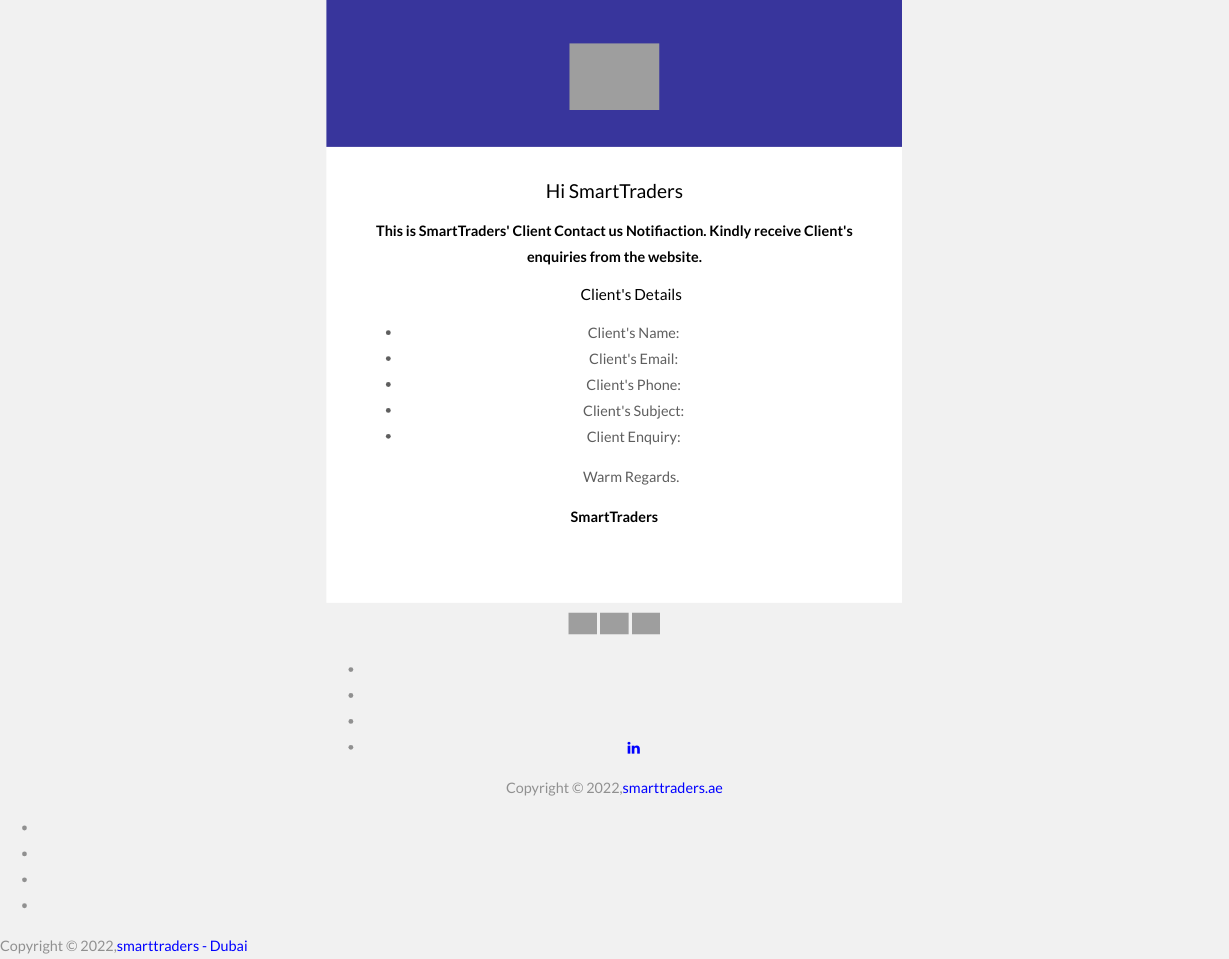
Repository: mussafiri/smarttraders
Page: resources/views/emails/ContactusEmails.blade.php
These files come from the project's save history. The page is drawn as it stood at one moment and after the next save; the edit follows.
The browser window is 1280 px wide. The pictures show the whole page, at 96% of full size.
Pictures or frames that could not be fetched are drawn as grey boxes. The page is served by the project's Laravel application, run on PHP 8.4 with Laravel 9. The template is opened directly, without the code that normally fills it, so the values that code supplies are empty.

Above is the page before, as saved 2022-09-30 09:36:47.

After the next save:
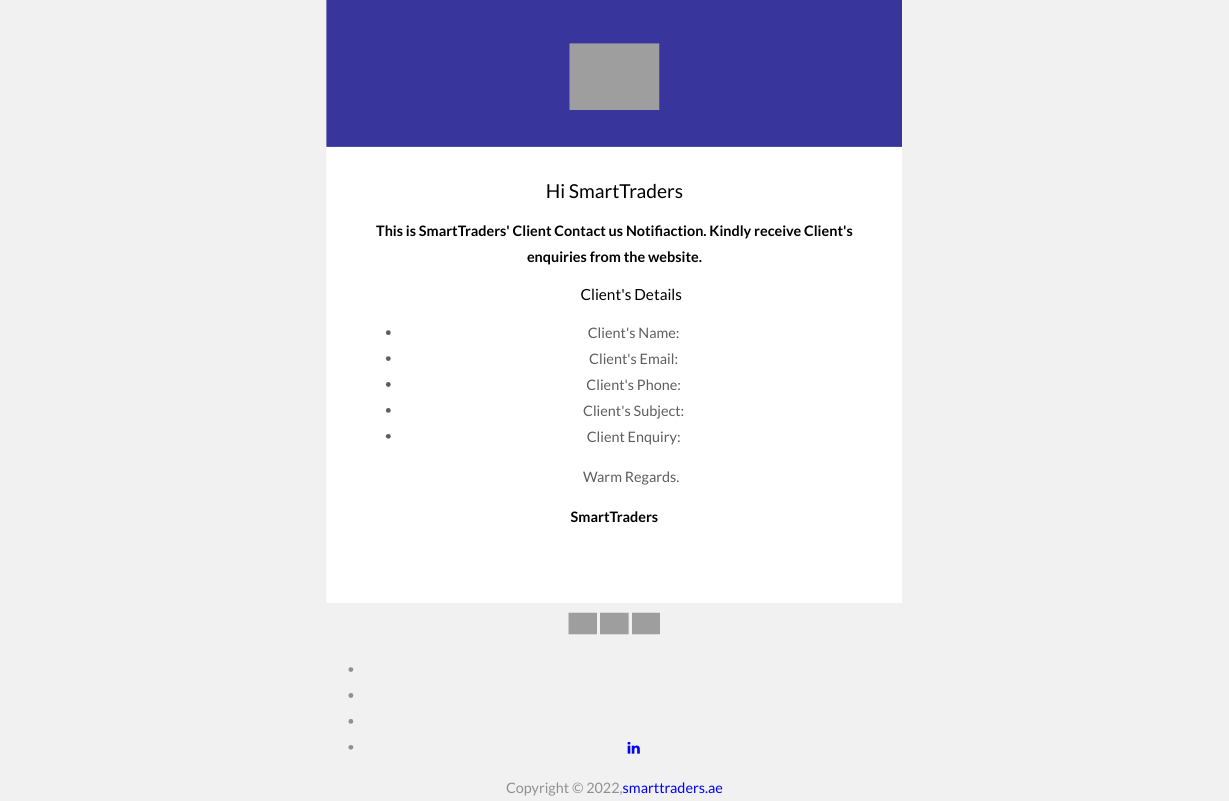
Saved 3 min 4 s later.
--- a/resources/views/emails/ContactusEmails.blade.php
+++ b/resources/views/emails/ContactusEmails.blade.php
@@ -350,6 +350,7 @@ ul.social li{
                     <a href="{{'https://twitter.com/smarttraderss'}}"><img src="http://smarttraders.ae/images/iconmonstr-twitter-4-32.png" style="width: 30px"></a>
                     <a href="{{'https://medium.com/@smarttraderss'}}"><img src="http://smarttraders.ae/images/iconmonstr-medium-4-32.png" style="width: 30px"></a>
                     <a href="{{'https://www.linkedin.com/company/smarttraderss'}}"><img src="http://smarttraders.ae/images/iconmonstr-linkedin-4-32.png" style="width: 30px"></a>
+
 					<ul class="ftco-footer-social list-unstyled float-md-left float-lft mt-3">
                         <li class="ftco-animate"><a href="index.html#"><span class="icon-twitter"></span></a></li>
                         <li class="ftco-animate"><a href="index.html#"><span class="icon-facebook"></span></a></li>
@@ -370,35 +371,3 @@ ul.social li{
   </center>
 </body>
 </html>
-<!-- Facebook -->
-
-<!-- Twitter -->
-<!-- <i class="fab fa-twitter"></i> -->
-
-<!-- Google -->
-<!-- <i class="fab fa-google"></i> -->
-
-<!-- Instagram -->
-<!-- <i class="fab fa-instagram"></i> -->
-
-<!-- <i class="fab fa-youtube"></i> -->
-					<ul class="ftco-footer-social list-unstyled float-md-left float-lft mt-3">
-                        <li class="ftco-animate"><a href="index.html#"><span class="icon-twitter"></span></a></li>
-                        <li class="ftco-animate"><a href="index.html#"><span class="icon-facebook"></span></a></li>
-                        <li class="ftco-animate"><a href="index.html#"><span class="icon-instagram"></span></a></li>
-                        <li class="ftco-animate"><a href="index.html#"><span class="icon-linkedin"></span></a></li>
-                        <!-- Twitter -->
-                    </ul>
-                </td>
-            </tr>
-            <tr>
-                <td style="text-align: center">
-                    Copyright © <?php echo date("Y"); ?>,<a href="smarttraders.ae">smarttraders - Dubai</a>
-                </td>
-            </tr>
-        </table>
-
-    </div>
-  </center>
-</body>
-</html>
